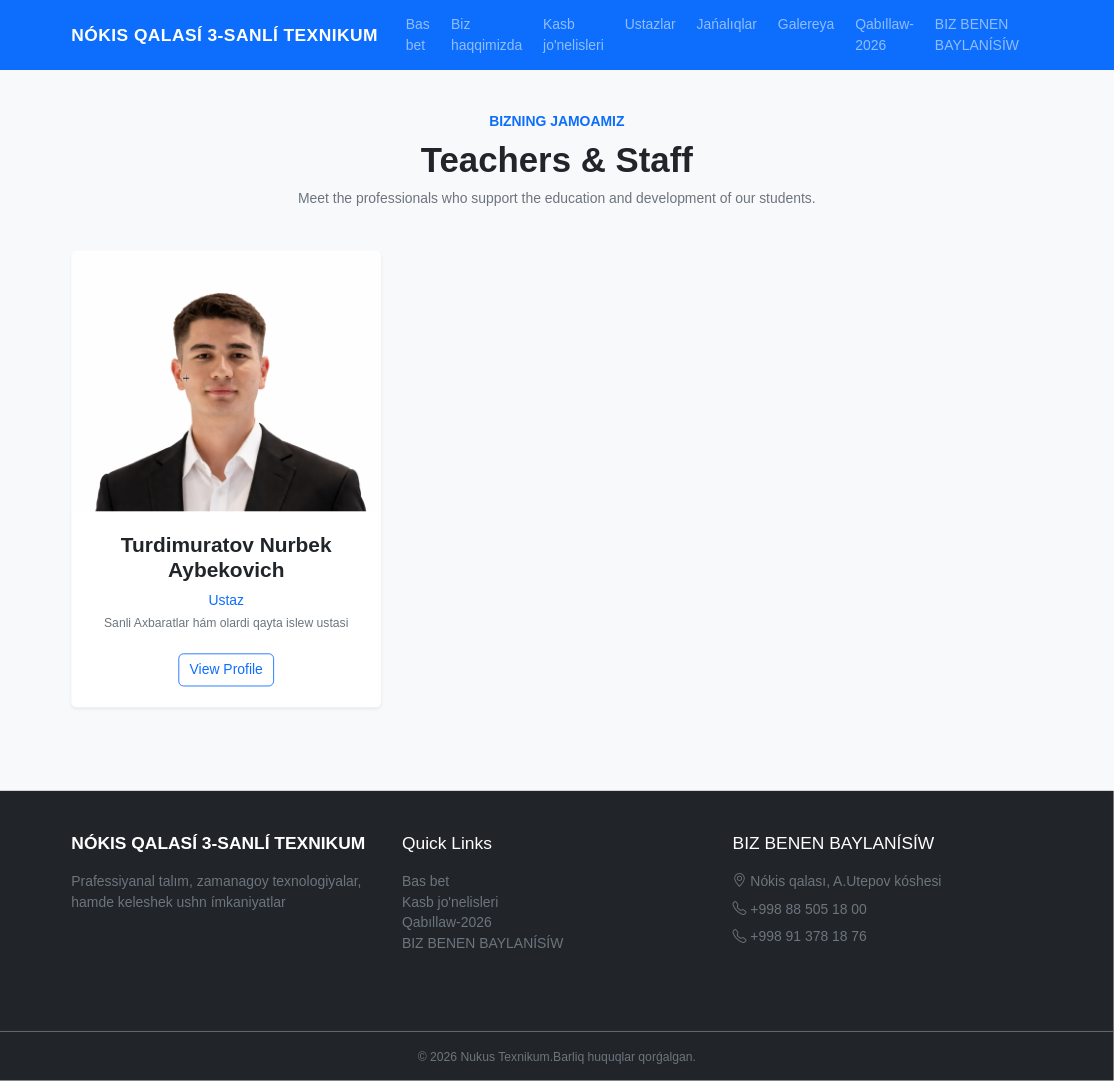
Repository: Neptunescorp/nukus_technicum
Page: http://localhost/teachers/
These files come from the project's save history. The page is drawn as it stood at one moment and after the next save; the edit follows.
The browser window is 1280 px wide. The pictures show the whole page, at 87% of full size.
The page is served by the project's application, run on Django 5.2 (manage.py). Other server files are loaded and not shown. The page reads the database file committed with the project.

Above is the page before, as saved 2026-08-19 12:09:15.

### teachers/templates/teachers/list.html
{% extends "base.html" %}

{% block title %}
Muǵallimler | Nókis qalasí 3-sanlí texnikum
{% endblock %}


{% block content %}

<section class="py-5">

    <div class="container">

        <div class="text-center mb-5">

            <span class="text-primary fw-semibold">
                BIZNING JAMOAMIZ
            </span>

            <h1 class="fw-bold mt-2">
                Teachers & Staff
            </h1>

            <p class="text-secondary">
                Meet the professionals who support the
                education and development of our students.
            </p>

        </div>


        <div class="row g-4">

            {% for teacher in teachers %}

            <div class="col-md-6 col-lg-4">

                <div class="card teacher-card h-100 border-0 shadow-sm">


                    {% if teacher.photo %}

                    <img
                        src="{{ teacher.photo.url }}"
                        class="card-img-top teacher-photo"
                        alt="{{ teacher.full_name }}"
                    >

                    {% else %}

                    <div class="teacher-placeholder">

                        <i class="bi bi-person"></i>

                    </div>

                    {% endif %}


                    <div class="card-body text-center p-4">

                        <h4 class="fw-bold">
                            {{ teacher.full_name }}
                        </h4>


                        {% if teacher.position %}

                        <p class="text-primary mb-1">
                            {{ teacher.position }}
                        </p>

                        {% endif %}


                        {% if teacher.department %}

                        <p class="text-secondary small">
                            {{ teacher.department }}
                        </p>

                        {% endif %}


                        <a
                            href="{% url 'teacher_detail' teacher.pk %}"
                            class="btn btn-outline-primary mt-2"
                        >
                            View Profile
                        </a>

                    </div>

                </div>

            </div>

            {% empty %}

            <div class="col-12 text-center py-5">

                <i
                    class="bi bi-people text-primary"
                    style="font-size:60px;"
                ></i>

                <h4 class="mt-3">
                    Teacher information will be available soon
                </h4>

                <p class="text-secondary">
                    Our staff profiles are currently being prepared.
                </p>

            </div>

            {% endfor %}

        </div>

    </div>

</section>

{% endblock %}

### templates/base.html
{% load static %}

<!DOCTYPE html>
<html lang="en">
<head>
    <meta charset="UTF-8">
    <meta name="viewport" content="width=device-width, initial-scale=1.0">

    <title>{% block title %}NÓKIS QALASÍ 3-SANLÍ TEXNIKUM{% endblock %}</title>

    <!-- Bootstrap -->
    <link
        href="https://cdn.jsdelivr.net/npm/bootstrap@5.3.3/dist/css/bootstrap.min.css"
        rel="stylesheet"
    >

    <!-- Bootstrap Icons -->
    <link
        rel="stylesheet"
        href="https://cdn.jsdelivr.net/npm/bootstrap-icons@1.11.3/font/bootstrap-icons.min.css"
    >

    <!-- Custom CSS -->
    <link rel="stylesheet" href="{% static 'css/style.css' %}">
</head>

<body>

<!-- ================= NAVBAR ================= -->

<nav class="navbar navbar-expand-lg navbar-dark bg-primary sticky-top">
    <div class="container">

        <a class="navbar-brand fw-bold" href="/">
            NÓKIS QALASÍ 3-SANLÍ TEXNIKUM
        </a>

        <button
            class="navbar-toggler"
            type="button"
            data-bs-toggle="collapse"
            data-bs-target="#mainNavbar"
        >
            <span class="navbar-toggler-icon"></span>
        </button>

        <div class="collapse navbar-collapse" id="mainNavbar">

            <ul class="navbar-nav ms-auto">

                <li class="nav-item">
                    <a class="nav-link" href="/">Bas bet</a>
                </li>

                <li class="nav-item">
                    <a class="nav-link" href="/about/">Biz haqqimizda</a>
                </li>

                <li class="nav-item">
                    <a class="nav-link" href="/specialties/">Kasb jo'nelisleri</a>
                </li>

                <li class="nav-item">
                    <a class="nav-link" href="/teachers/">Ustazlar</a>
                </li>

                <li class="nav-item">
                    <a class="nav-link" href="/news/">Jańalıqlar </a>
                </li>

                <li class="nav-item">
                    <a class="nav-link" href="/gallery/">
                        Galereya
                    </a>
                </li>

                <li class="nav-item">
                    <a class="nav-link" href="/admissions/">Qabıllaw-2026 </a>
                </li>

                <li class="nav-item">
                    <a class="nav-link" href="/contact/">BIZ BENEN BAYLANÍSÍW</a>
                </li>

            </ul>

        </div>
    </div>
</nav>


<!-- ================= MAIN CONTENT ================= -->

<main>
    {% block content %}
    {% endblock %}
</main>


<!-- ================= FOOTER ================= -->

<footer class="bg-dark text-white mt-5">

    <div class="container py-5">

        <div class="row">

            <div class="col-md-4 mb-4">

                <h5 class="fw-bold">
                    NÓKIS QALASÍ 3-SANLÍ TEXNIKUM
                </h5>

                <p class="text-secondary">
                    Prafessiyanal talım, zamanagoy texnologiyalar,
                    hamde keleshek ushn ímkaniyatlar
                </p>

            </div>


            <div class="col-md-4 mb-4">

                <h5>Quick Links</h5>

                <ul class="list-unstyled">

                    <li>
                        <a href="/" class="text-secondary text-decoration-none">
                            Bas bet
                        </a>
                    </li>

                    <li>
                        <a href="/specialties/" class="text-secondary text-decoration-none">
                            Kasb jo'nelisleri
                        </a>
                    </li>

                    <li>
                        <a href="/admissions/" class="text-secondary text-decoration-none">
                            Qabıllaw-2026
                        </a>
                    </li>

                    <li>
                        <a href="/contact/" class="text-secondary text-decoration-none">
                            BIZ BENEN BAYLANÍSÍW
                        </a>
                    </li>

                </ul>

            </div>


            <div class="col-md-4">

                <h5>BIZ BENEN BAYLANÍSÍW</h5>

                <p class="text-secondary mb-2">
                    <i class="bi bi-geo-alt"></i>
                    Nókis qalası, A.Utepov kóshesi
                </p>

                <p class="text-secondary mb-2">
                    <i class="bi bi-telephone"></i>
                    +998 88 505 18 00
                </p>

                <p class="text-secondary mb-2">
                    <i class="bi bi-telephone"></i>
                    +998 91 378 18 76
                </p>


            </div>

        </div>

    </div>


    <div class="border-top border-secondary">

        <div class="container py-3 text-center">

            <small class="text-secondary">
                © 2026 Nukus Texnikum.Barliq huquqlar qorǵalgan.
            </small>

        </div>

    </div>

</footer>


<!-- Bootstrap JS -->

<script
    src="https://cdn.jsdelivr.net/npm/bootstrap@5.3.3/dist/js/bootstrap.bundle.min.js">
</script>

</body>
</html>

### teachers/models.py
from django.db import models


class Teacher(models.Model):
    full_name = models.CharField(max_length=255)

    position = models.CharField(
        max_length=255,
        blank=True
    )

    department = models.CharField(
        max_length=255,
        blank=True
    )

    biography = models.TextField(
        blank=True
    )

    photo = models.ImageField(
        upload_to="teachers/",
        blank=True,
        null=True
    )

    is_active = models.BooleanField(
        default=True
    )

    created_at = models.DateTimeField(
        auto_now_add=True
    )

    class Meta:
        ordering = ["full_name"]

    def __str__(self):
        return self.full_name

### teachers/views.py
from django.shortcuts import render, get_object_or_404
from .models import Teacher


def teacher_list(request):
    teachers = Teacher.objects.filter(
        is_active=True
    )

    return render(
        request,
        "teachers/list.html",
        {
            "teachers": teachers
        }
    )


def teacher_detail(request, pk):
    teacher = get_object_or_404(
        Teacher,
        pk=pk,
        is_active=True
    )

    return render(
        request,
        "teachers/detail.html",
        {
            "teacher": teacher
        }
    )

### config/urls.py
from django.conf import settings
from django.conf.urls.static import static
from django.contrib import admin
from django.urls import include, path


urlpatterns = [
    path("admin/", admin.site.urls),

    path("", include("core.urls")),

    path(
        "specialties/",
        include("specialties.urls")
    ),

    path(
        "teachers/",
        include("teachers.urls")
    ),

    path(
        "news/",
        include("news.urls")
    ),

    path(
        "gallery/",
        include("gallery.urls")
    ),

    path(
        "admissions/",
        include("admissions.urls")
    ),
]


if settings.DEBUG:
    urlpatterns += static(
        settings.MEDIA_URL,
        document_root=settings.MEDIA_ROOT
    )

### core/urls.py
from django.urls import path

from .views import about, contact, home


urlpatterns = [
    path(
        "",
        home,
        name="home"
    ),

    path(
        "about/",
        about,
        name="about"
    ),

    path(
        "contact/",
        contact,
        name="contact"
    ),
]

### specialties/urls.py
from django.urls import path
from .views import specialty_list, specialty_detail


urlpatterns = [
    path("", specialty_list, name="specialty_list"),
    path(
        "<int:pk>/",
        specialty_detail,
        name="specialty_detail"
    ),
]

### teachers/urls.py
from django.urls import path
from .views import teacher_list, teacher_detail


urlpatterns = [
    path("", teacher_list, name="teacher_list"),

    path(
        "<int:pk>/",
        teacher_detail,
        name="teacher_detail"
    ),
]

### news/urls.py
from django.urls import path

from .views import news_detail, news_list


urlpatterns = [
    path("", news_list, name="news_list"),

    path(
        "<int:pk>/",
        news_detail,
        name="news_detail"
    ),
]

### gallery/urls.py
from django.urls import path
from .views import gallery_list


urlpatterns = [
    path("", gallery_list, name="gallery_list"),
]

### admissions/urls.py
from django.urls import path

from .views import admissions


urlpatterns = [
    path("", admissions, name="admissions"),
]

### db.sqlite3 (the tables this page reads, as SQL)
CREATE TABLE "teachers_teacher" ("id" integer NOT NULL PRIMARY KEY AUTOINCREMENT, "full_name" varchar(255) NOT NULL, "position" varchar(255) NOT NULL, "department" varchar(255) NOT NULL, "biography" text NOT NULL, "photo" varchar(100) NULL, "is_active" bool NOT NULL, "created_at" datetime NOT NULL);
INSERT INTO "teachers_teacher" VALUES
(1, 'Turdimuratov Nurbek Aybekovich', 'Ustaz', 'Sanli Axbaratlar hám olardi qayta islew ustasi', 'Cambridge International University in Tashkent baklavr diplomı(2022-2026)
Camera Fraud Detection in hotels start up asasshisi.
KASB AI start upi qatnasıwshisi
Kyber Qawibsizlik boyinsha 6 ayliq jumis tajribesi 
PDP University dağı Pedagogiqaliq jumis tajribesi 
Nokıs qalasi 3-Sanlı Texnikum website avtori', 'teachers/Screenshot_2026-09-06_at_05.59.58.png', 1, '2026-09-06 00:58:43.423916');

Loaded but not shown: static/css/style.css (910 lines, source omitted)

After the next save:
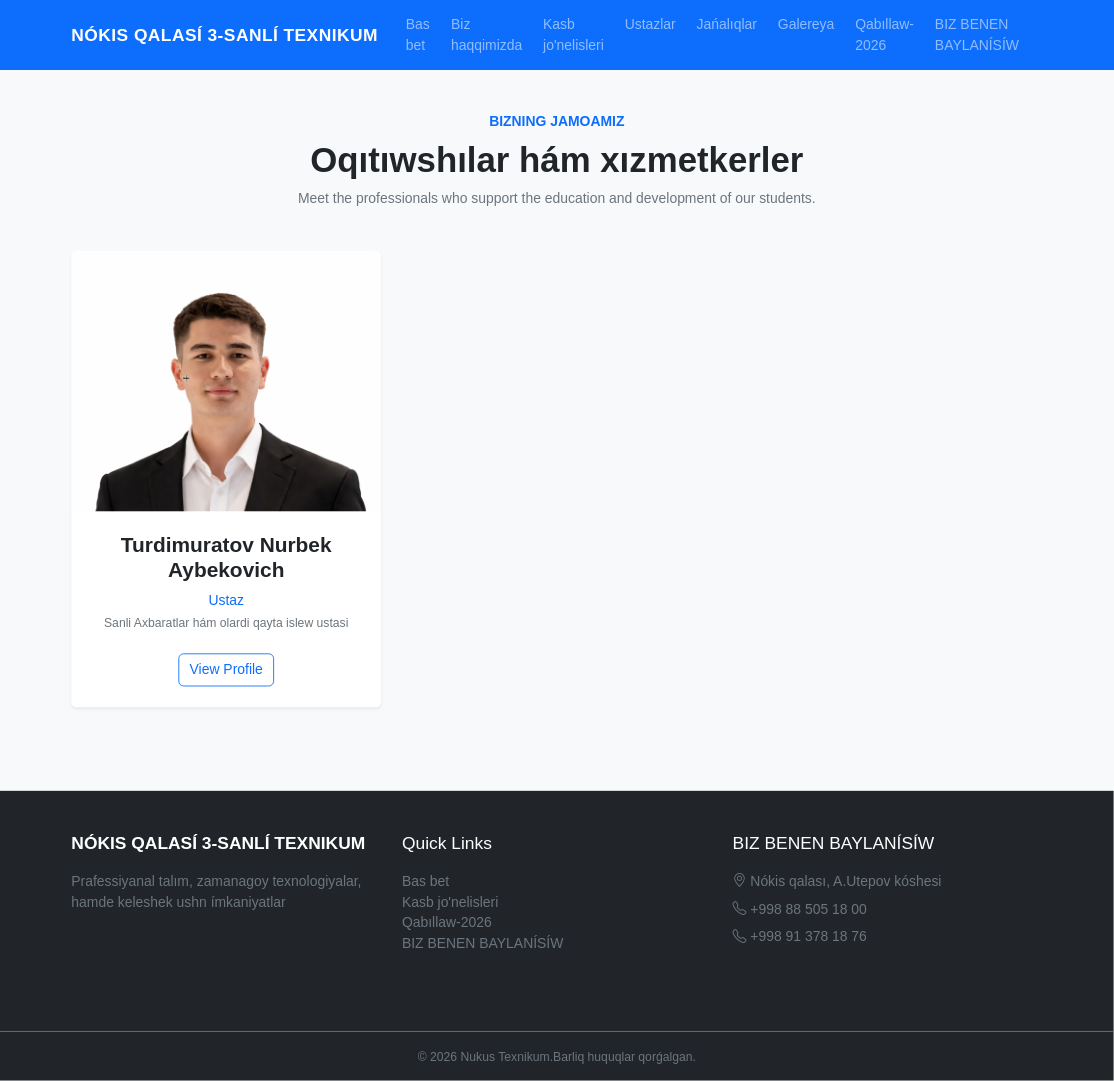
Saved 15 s later.
--- a/teachers/templates/teachers/list.html
+++ b/teachers/templates/teachers/list.html
@@ -18,7 +18,7 @@ Muǵallimler | Nókis qalasí 3-sanlí texnikum
             </span>
 
             <h1 class="fw-bold mt-2">
-                Teachers & Staff
+                Oqıtıwshılar hám xızmetkerler
             </h1>
 
             <p class="text-secondary">
